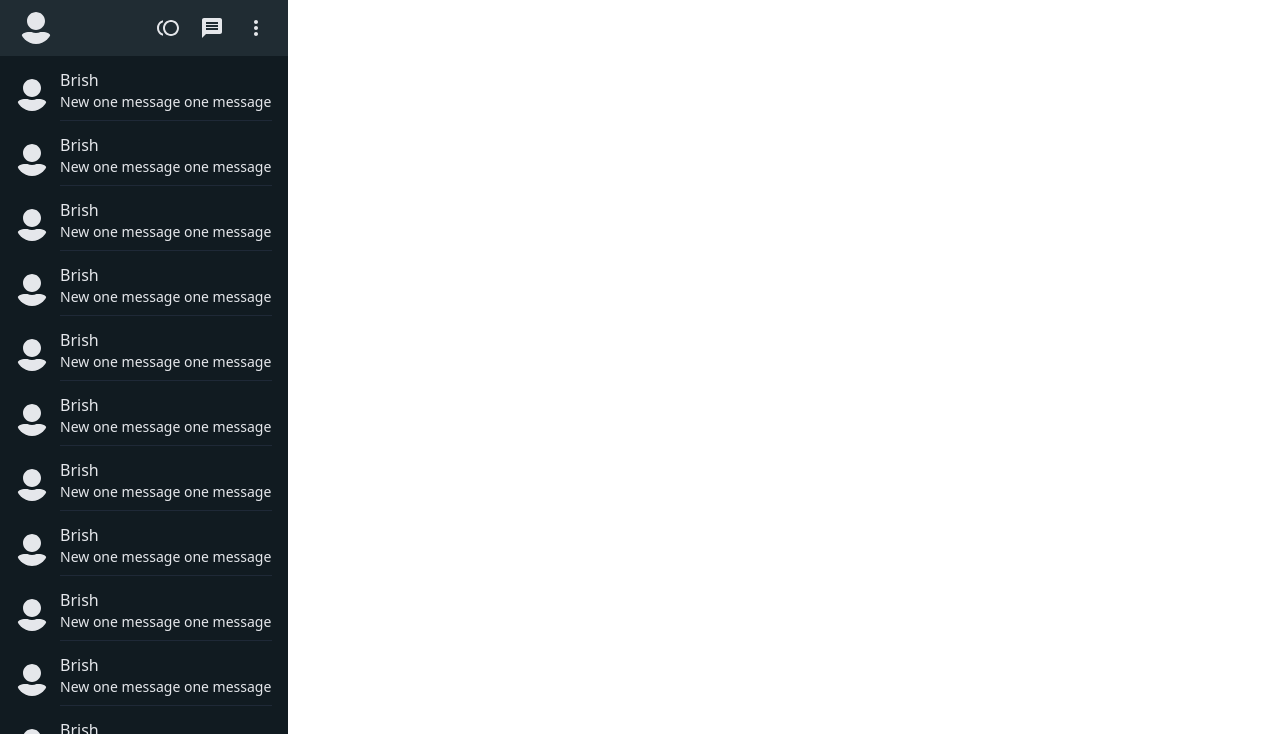
Repository: satya-ranjon/whatsapp-clone-dev
Page: /
The author's editor kept a copy of each file at every save. The page is drawn from the files as they stood at one save, then again after the next save.
The browser window is 1280 px wide. The pictures show the whole page.
The project was rebuilt for these pictures with package versions that can differ from the ones it lists, and the page was loaded fresh each time.

Above is the page before, as saved 2022-04-09 06:30:03.

After the next save:
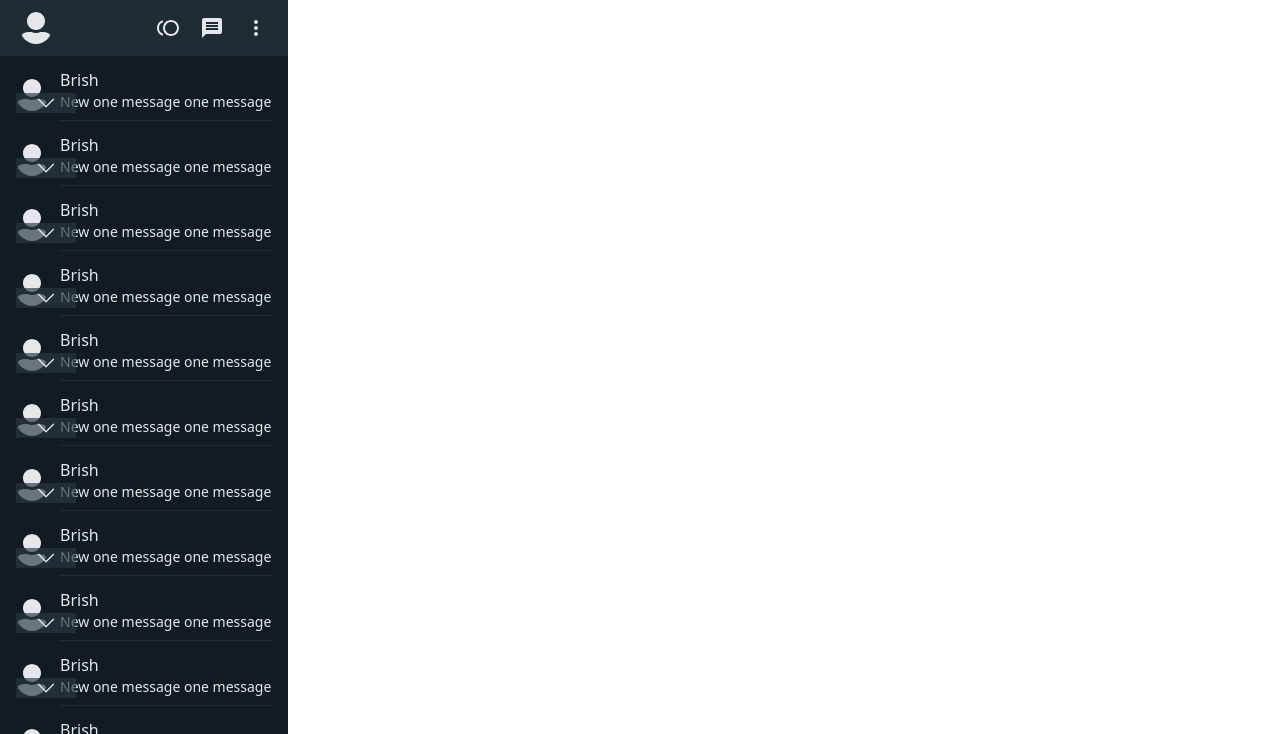
Saved 105 s later.
--- a/src/index.css
+++ b/src/index.css
@@ -3,7 +3,7 @@
 @tailwind utilities;
 
 .hoverEf {
-  right: -100%;
+  /* right: -100%; */
   transition: all 0.4s;
 }
 

After the save that followed:
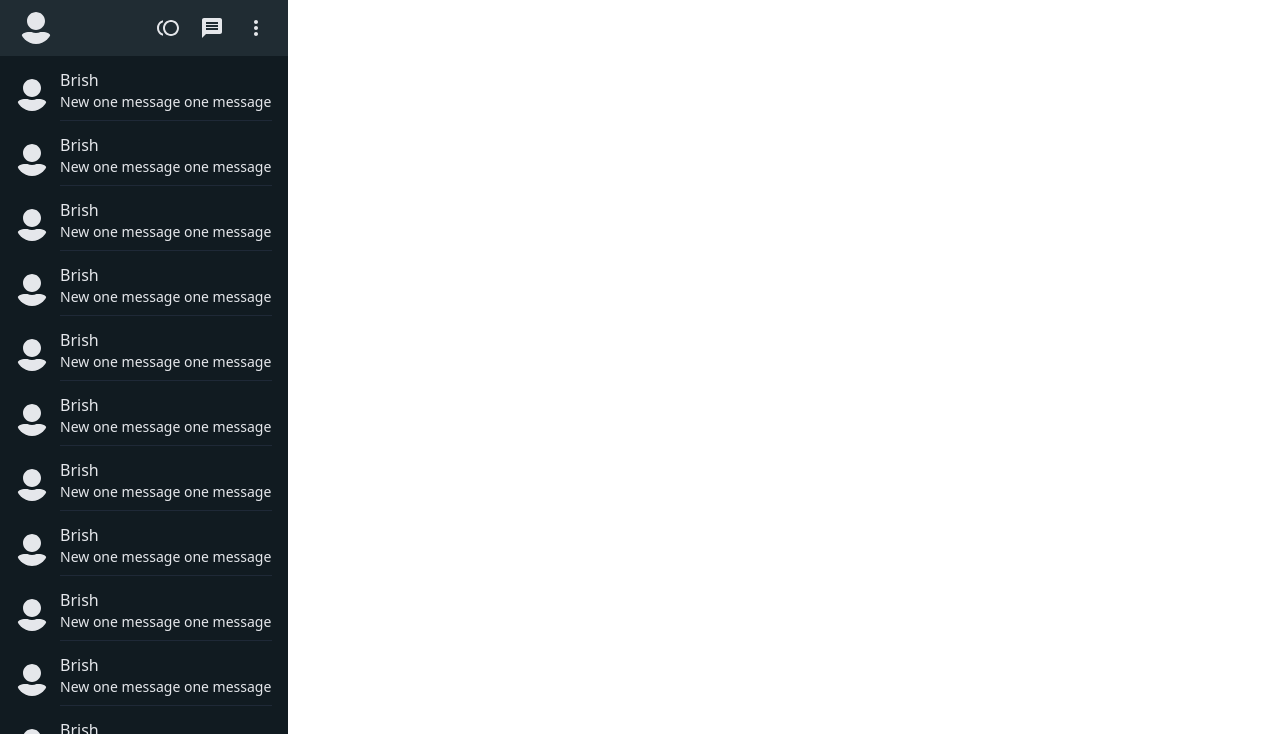
Saved 21 s later.
--- a/src/index.css
+++ b/src/index.css
@@ -3,7 +3,8 @@
 @tailwind utilities;
 
 .hoverEf {
-  /* right: -100%; */
+  right: -100%;
+  overflow: hidden;
   transition: all 0.4s;
 }
 
